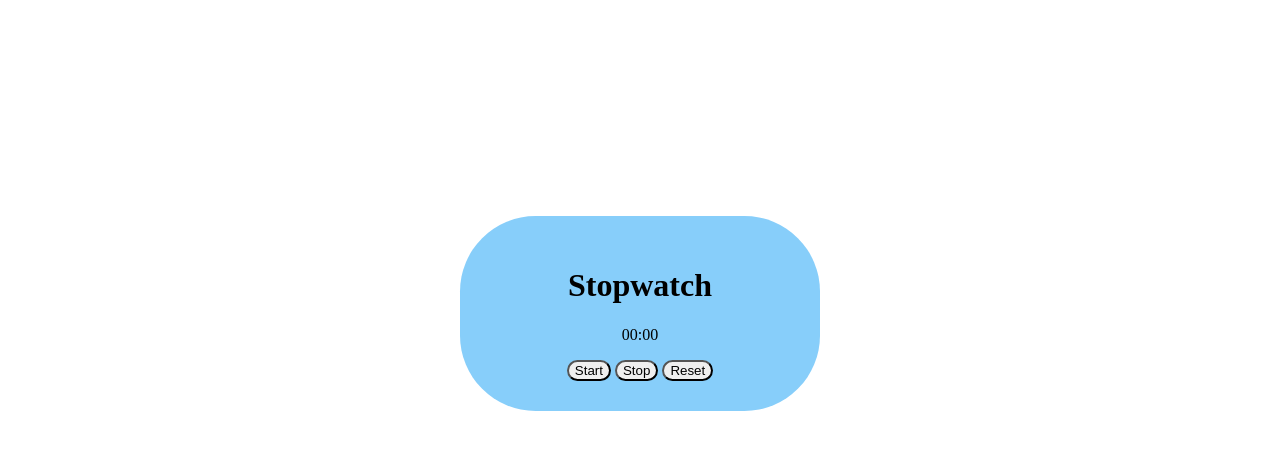
Repository: LeyaAbraham/web-dev
Page: clock.html
An editor plug-in stored every save of this project. The page is shown before and after the next save, followed by the edit.
The browser window is 1280 px wide. The pictures show the whole page.

Above is the page before, as saved 2021-01-05 23:16:10.

After the next save:
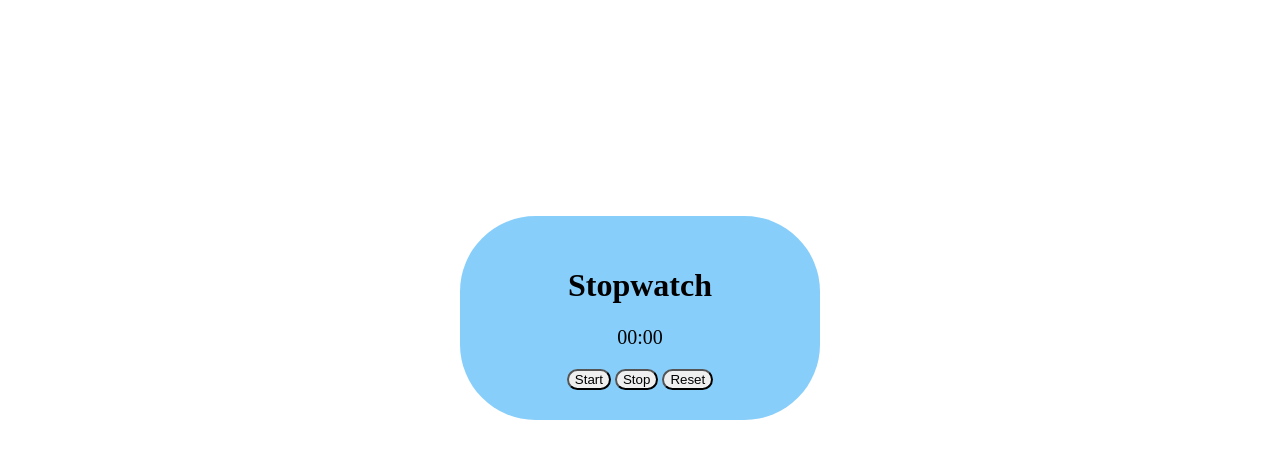
Saved 7 s later.
--- a/style.css
+++ b/style.css
@@ -21,5 +21,5 @@ button {
 }
 
 p {
-    text-size: 20px;
+    font-size: 20px;
 }
